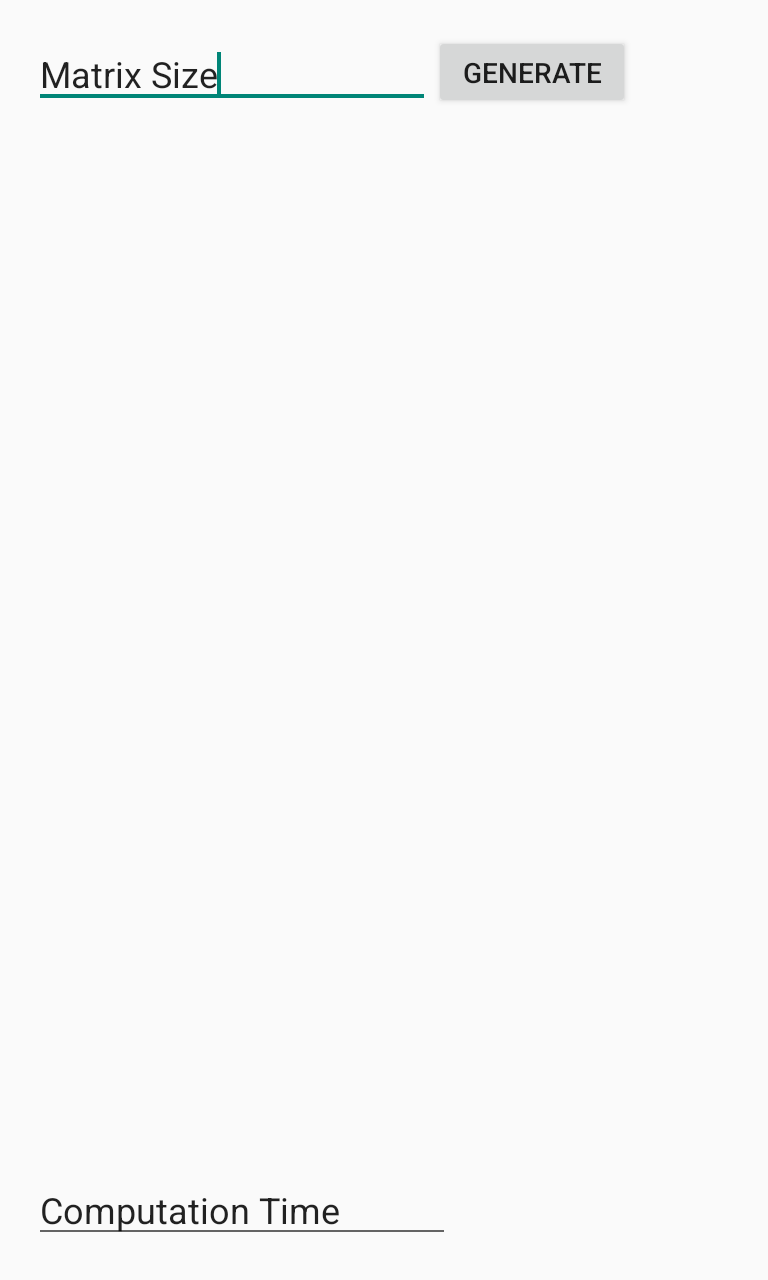
Repository: lhsieh814/ParallelProject
Layout: MatrixManipulation/res/layout/activity_main.xml
These files come from the project's save history. The layout is drawn as it stood at one moment and after the next save; the edit follows.
It is drawn on a 768 x 1280 px phone screen (xhdpi) without system bars, with theme AppTheme; the app's code is not run.

Above is the layout before, as saved 2014-11-22 17:42:08.

### MatrixManipulation/res/layout/activity_main.xml
<RelativeLayout xmlns:android="http://schemas.android.com/apk/res/android"
    xmlns:tools="http://schemas.android.com/tools"
    android:layout_width="match_parent"
    android:layout_height="match_parent"
    android:paddingBottom="@dimen/activity_vertical_margin"
    android:paddingLeft="@dimen/activity_horizontal_margin"
    android:paddingRight="@dimen/activity_horizontal_margin"
    android:paddingTop="@dimen/activity_vertical_margin"
    tools:context="com.example.matrixmanipulation.MainActivity" >


    <EditText
        android:id="@+id/editText1"
        android:layout_width="200dp"
        android:layout_height="40dp"
        android:layout_alignParentLeft="true"
        android:layout_alignParentTop="true"
        android:ems="10"
        android:inputType="number"
        android:text="Matrix Size" >

        <requestFocus />
    </EditText>

    <Button
        android:id="@+id/button1"
        android:layout_width="100dp"
        android:layout_height="40dp"
        android:layout_alignTop="@+id/editText1"
        android:layout_toRightOf="@+id/editText1"
        android:text="Generate" />
    <EditText
        android:id="@+id/editText2"
        android:layout_width="wrap_content"
        android:layout_height="wrap_content"
        android:layout_alignLeft="@+id/editText1"
        android:layout_alignParentBottom="true"
        android:ems="10"
        android:inputType="numberSigned"
        android:text="Computation Time" />

</RelativeLayout>

Loaded but not shown: MatrixManipulation/res/values/styles.xml (common file); MatrixManipulation/res/values-v11/styles.xml (common file); MatrixManipulation/res/values-v14/styles.xml (common file); MatrixManipulation/res/values/dimens.xml (common file); MatrixManipulation/res/values-w820dp/dimens.xml (common file)

After the next save:
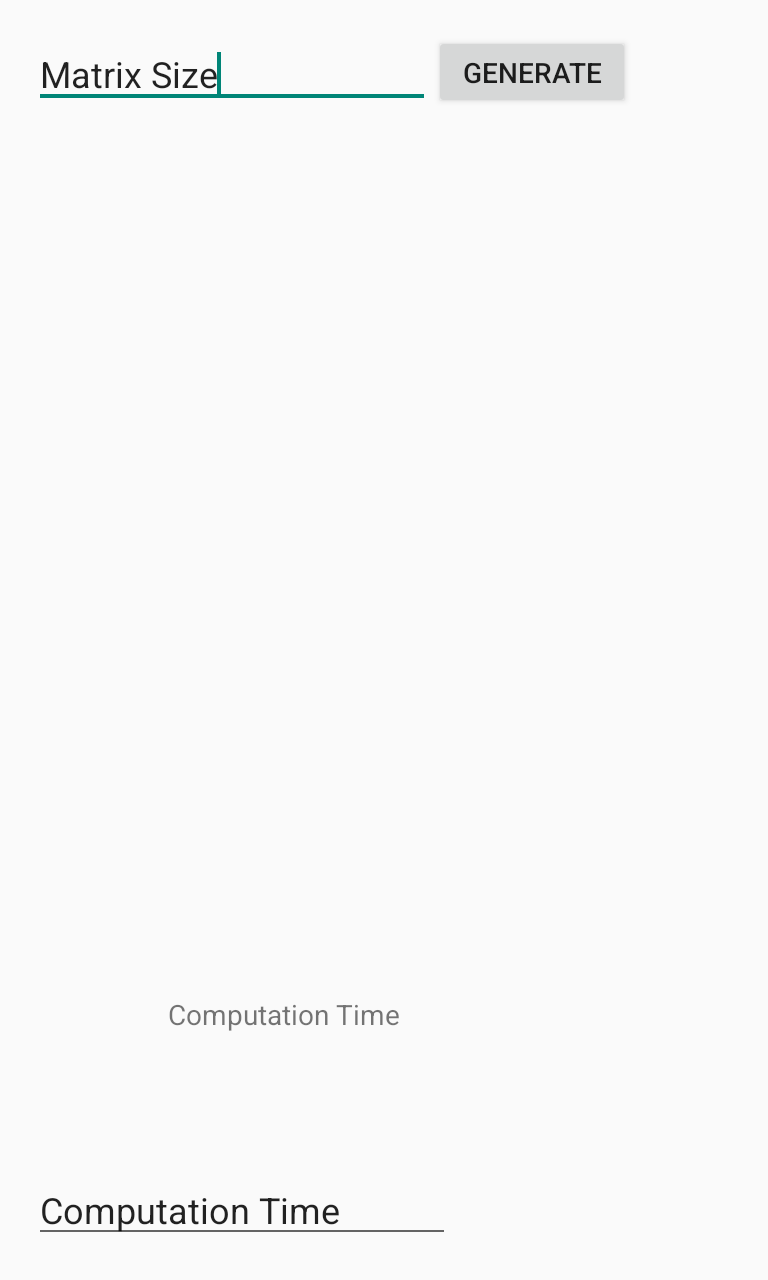
Saved 10 min 43 s later.
--- a/MatrixManipulation/res/layout/activity_main.xml
+++ b/MatrixManipulation/res/layout/activity_main.xml
@@ -39,4 +39,14 @@
         android:inputType="numberSigned"
         android:text="Computation Time" />
 
+    <TextView
+        android:id="@+id/textView1"
+        android:layout_width="wrap_content"
+        android:layout_height="wrap_content"
+        android:layout_above="@+id/editText2"
+        android:layout_alignLeft="@+id/editText2"
+        android:layout_marginBottom="66dp"
+        android:layout_marginLeft="68dp"
+        android:text="Computation Time" />
+
 </RelativeLayout>
